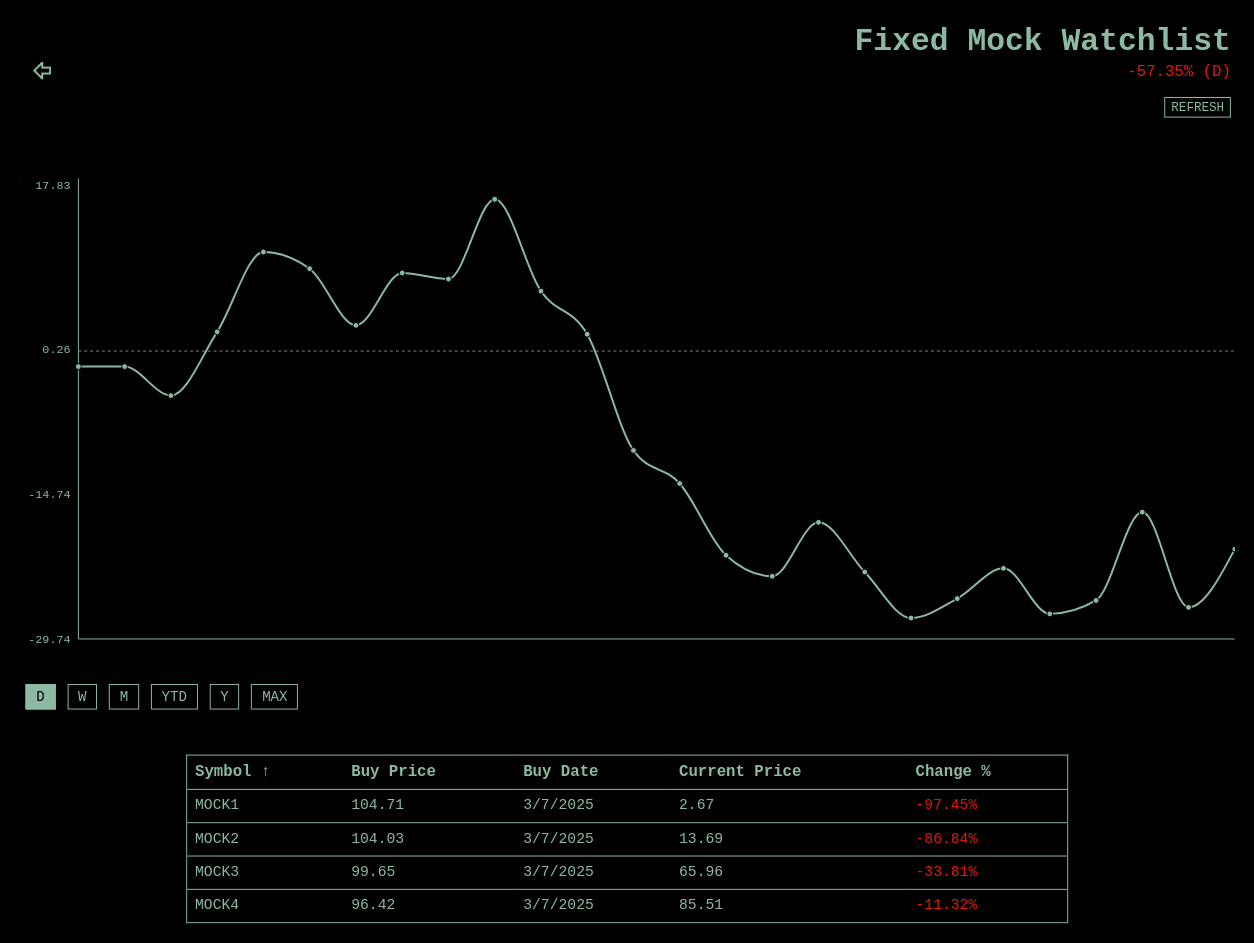
Repository: 11612x/burnlistv1.1
Page: /mockwatchlist
These files come from the project's save history. The page is drawn as it stood at one moment and after the next save; the edit follows.
The browser window is 1280 px wide. The pictures show the whole page, at 98% of full size.
The project was rebuilt for these pictures with package versions that can differ from the ones it lists, and the page was loaded fresh each time. Also part of the build but not shown: vite.config.js, src/components/CustomTooltip.jsx, src/data/randomNames.js, src/components/NotificationBanner.jsx, src/components/CustomButton.jsx, src/pages/HomePage.jsx, src/data/tickerUtils.js, src/data/createTicker.js and 10 more.

Above is the page before, as saved 2025-07-22 12:08:56.

After the next save:
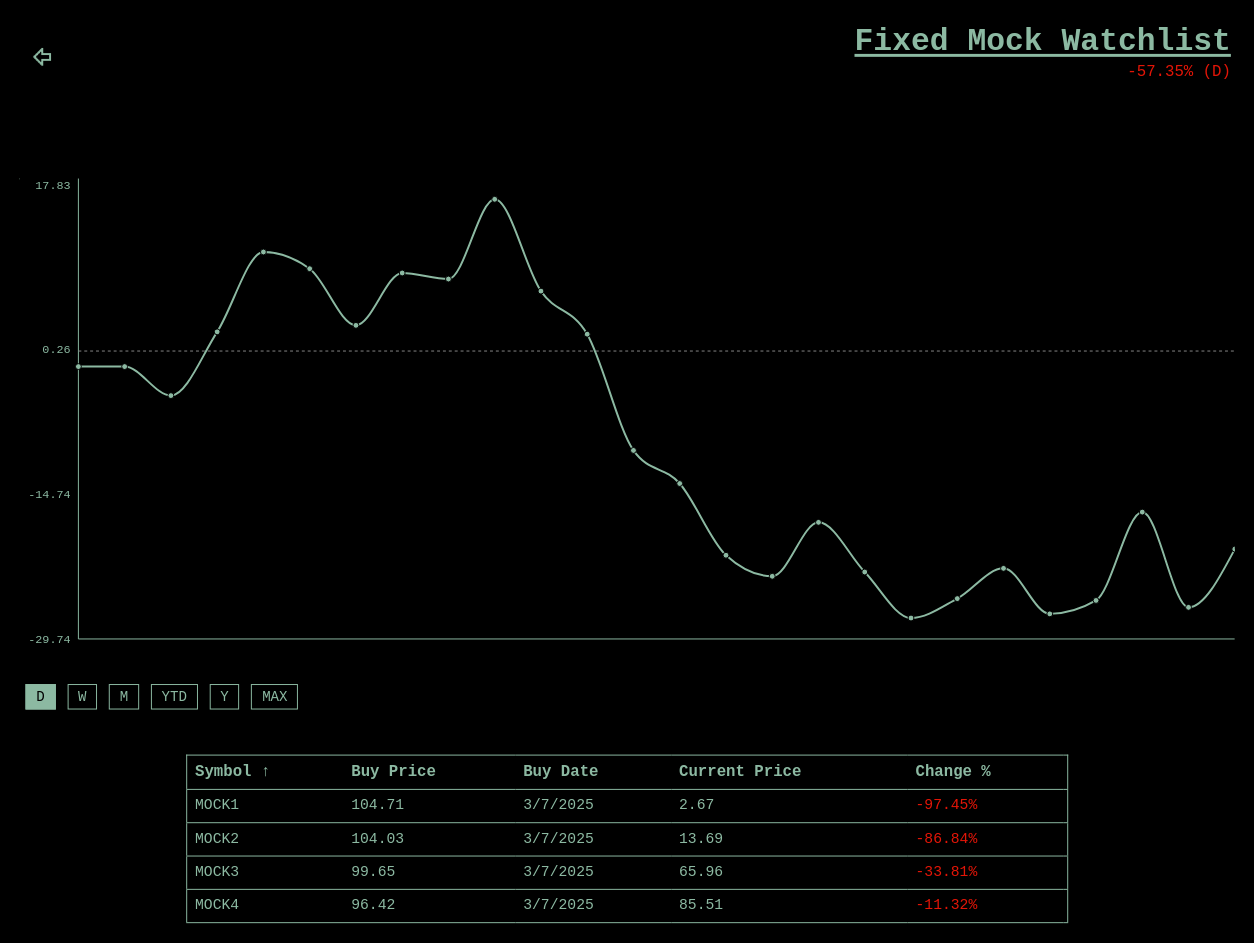
Saved 21 h 34 min later.
--- a/src/components/WatchlistHeader.jsx
+++ b/src/components/WatchlistHeader.jsx
@@ -205,12 +205,24 @@ const WatchlistHeader = ({ name, averageReturn, selected, setWatchlists, notific
         </div>
         {/* Right: Watchlist Name and Return */}
         <div style={{ textAlign: "right", paddingRight: "3.5rem", maxWidth: "60%" }}>
-          <h1 style={{
-            margin: 0,
-            fontSize: "2rem",
-            whiteSpace: "nowrap",
-            color: green
-          }}>
+          <h1
+            style={{
+              margin: 0,
+              fontSize: "2rem",
+              whiteSpace: "nowrap",
+              color: green,
+              cursor: 'pointer', // Make it look clickable
+              textDecoration: 'underline', // Visual cue for clickability
+              textUnderlineOffset: '4px',
+              transition: 'color 0.2s',
+            }}
+            onClick={handleRefresh}
+            title={isRefreshing ? 'Cancel refresh' : 'Refresh watchlist'}
+            tabIndex={0}
+            onKeyDown={e => { if (e.key === 'Enter' || e.key === ' ') handleRefresh(); }}
+            role="button"
+            aria-pressed={isRefreshing}
+          >
             {watchlistName ? watchlistName : (name || "Untitled Watchlist")}
           </h1>
           <div
@@ -250,21 +262,6 @@ const WatchlistHeader = ({ name, averageReturn, selected, setWatchlists, notific
               )
             )}
           </div>
-          <button
-            onClick={handleRefresh}
-            style={{
-              marginTop: "0.5rem",
-              fontSize: "0.8rem",
-              color: isRefreshing ? black : green,
-              background: isRefreshing ? red : "transparent",
-              border: `1px solid ${isRefreshing ? red : green}`,
-              padding: "2px 6px",
-              cursor: "pointer",
-              fontFamily: "'Courier New', Courier, monospace"
-            }}
-          >
-            {isRefreshing ? 'CANCEL' : 'REFRESH'}
-          </button>
         </div>
       </div>
     </div>
